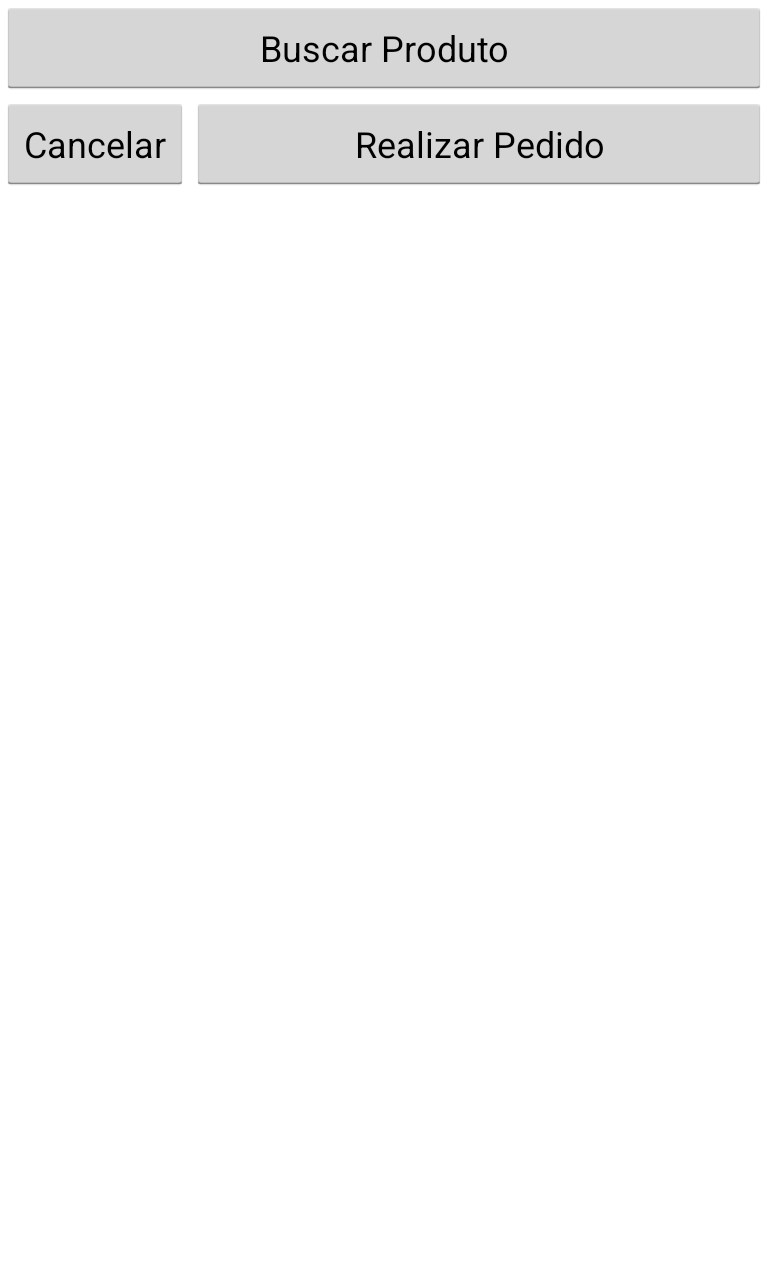
Repository: tmalveirac/mobpdv
Layout: WorkspaceAndroid/MobPDVProjet/res/layout/activity_pedido.xml
The author's editor kept a copy of each file at every save. The layout is drawn from the files as they stood at one save, then again after the next save.
It is drawn on a 768 x 1280 px phone screen (xhdpi) without system bars, with theme AppTheme; the app's code is not run.

Above is the layout before, as saved 2013-06-03 22:04:37.

### WorkspaceAndroid/MobPDVProjet/res/layout/activity_pedido.xml
<LinearLayout xmlns:android="http://schemas.android.com/apk/res/android"
    xmlns:tools="http://schemas.android.com/tools"
      android:id="@+id/pedido_form"
    android:layout_width="fill_parent"
    android:layout_height="fill_parent"
    android:orientation="vertical"

    tools:context=".PedidoActivity" >

    <Button
        android:id="@+id/btnBpdt"
        android:layout_width="fill_parent"
        android:layout_height="wrap_content"
        android:text="@string/btnBpdt" />

    <LinearLayout
        android:id="@+id/pedido_dados"
        android:layout_width="fill_parent"
        android:layout_height="wrap_content"
        android:orientation="vertical" >

    </LinearLayout>

    <LinearLayout
        android:id="@+id/pedido_total"
        android:layout_width="fill_parent"
        android:layout_height="wrap_content"
        android:orientation="vertical" >

    </LinearLayout>

    <LinearLayout
        android:id="@+id/pedido_foot"
        android:layout_width="fill_parent"
        android:layout_height="wrap_content"
        android:orientation="horizontal" >

        <Button
            android:id="@+id/btnCancelarPedido"
            android:layout_width="wrap_content"
            android:layout_height="wrap_content"
            android:text="@string/btnCancelarPedido" />

        <Button
            android:id="@+id/btnRealizarPedido"
            android:layout_width="fill_parent"
            android:layout_height="wrap_content"
            android:text="@string/btnRealizarPedido" />
    </LinearLayout>

</LinearLayout>

### WorkspaceAndroid/MobPDVProjet/res/values/strings.xml
<?xml version="1.0" encoding="utf-8"?>
<resources>

    <string name="app_name">MobPDV</string>
    <string name="action_settings">Configurações</string>
    <string name="hello_world">Hello world!</string>
    <string name="btnAbrCxa">Abrir Caixa</string>
    <string name="btnIniVda">Iniciar Venda</string>
    <string name="btnFecCxa">Fechar Caixa</string>
    <string name="btnVerCdp">Ver Cardápio</string>
    <string name="btnBpdt">Buscar Produto</string>
    <string name="title_activity_ciclo_vida">CicloVida</string>
    <string name="title_activity_pedido">Pedido</string>
    <string name="title_activity_cardapio">Cardapio</string>
    <string name="txtMain">MobPDV</string>
    <string name="btnCancelarPedido">Cancelar</string>
    <string name="btnRealizarPedido">Realizar Pedido</string>
    <string name="title_activity_venda">VendaActivity</string>
    <string name="txtTotalPedido">Total a pagar: R$ XX</string>
    <string name="btnCancelarVenda">Cancelar</string>
    <string name="btnFinalizarVenda">Finalizar Venda</string>
    <string name="title_activity_pagamento">PagamentoActivity</string>
    <string name="btnConfirmarPg">Confirmar</string>
    <string name="btnCancelarPg">Cancelar</string>
    <string name="title_activity_venda_final">VendaFinalActivity</string>
    <string name="txtTotalPago">Total Pago: R$ XX</string>
    <string name="btnGerarComp">Gerar Comprovante</string>

</resources>

Loaded but not shown: WorkspaceAndroid/MobPDVProjet/res/values/styles.xml (common file); WorkspaceAndroid/MobPDVProjet/res/values-v11/styles.xml (common file); WorkspaceAndroid/MobPDVProjet/res/values-v14/styles.xml (common file)

After the next save:
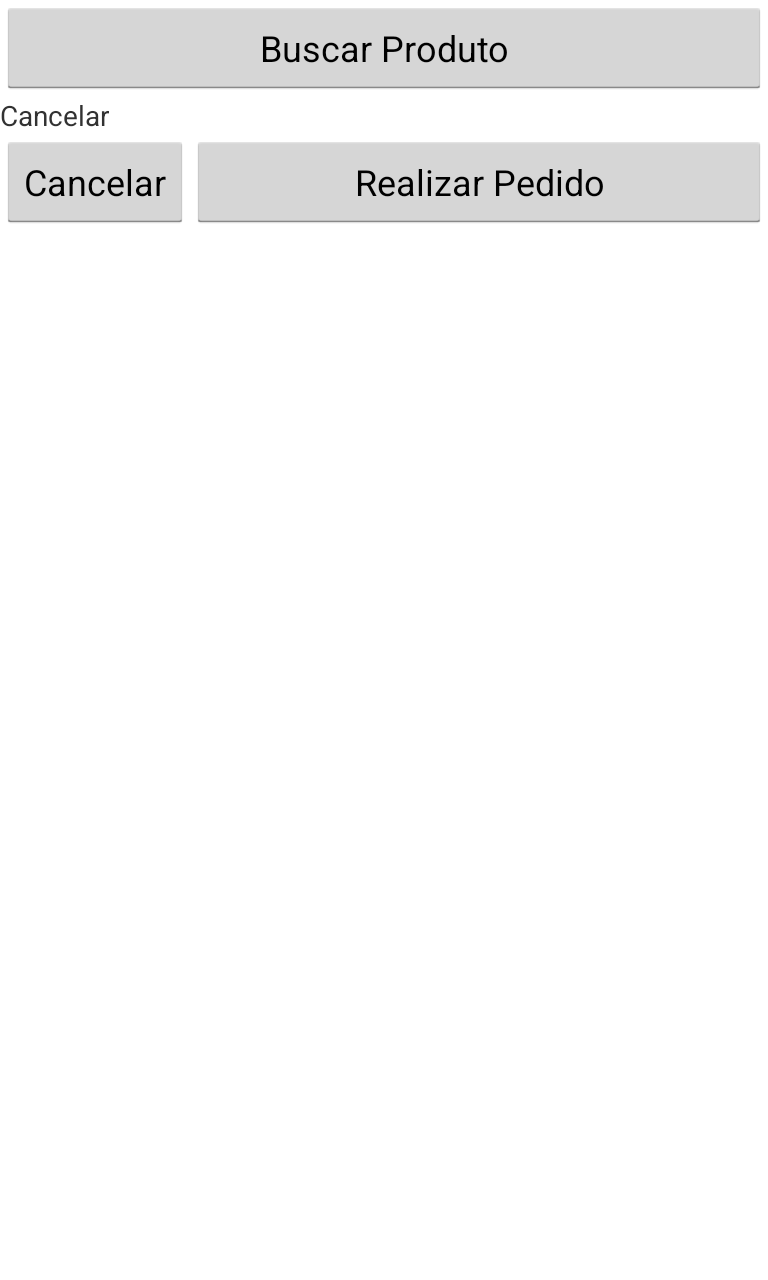
Saved 64 s later.
--- a/WorkspaceAndroid/MobPDVProjet/res/layout/activity_pedido.xml
+++ b/WorkspaceAndroid/MobPDVProjet/res/layout/activity_pedido.xml
@@ -27,6 +27,12 @@
         android:layout_height="wrap_content"
         android:orientation="vertical" >
 
+        <TextView
+            android:id="@+id/btnCancelarPedido"
+            android:layout_width="wrap_content"
+            android:layout_height="wrap_content"
+            android:text="@string/btnCancelarPedido" />
+
     </LinearLayout>
 
     <LinearLayout
